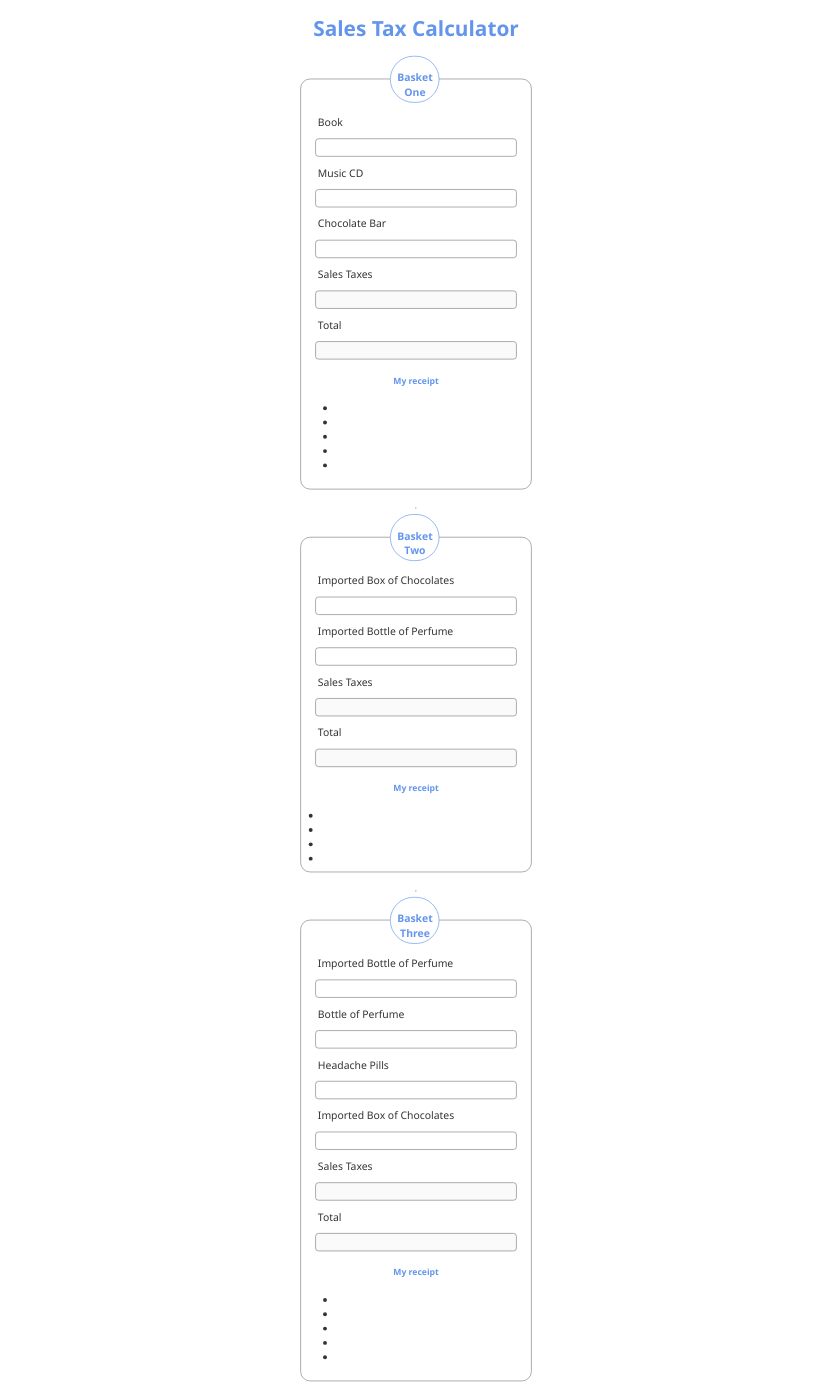
Repository: duzzisantos/sales-tax
Page: index.html
An editor plug-in stored every save of this project. The page is shown before and after the next save, followed by the edit.
The browser window is 1280 px wide. The pictures show the whole page, at 65% of full size.

Above is the page before, as saved 2022-05-25 22:11:08.

### index.html
<!DOCTYPE html>
<html lang="en">

<head>
    <meta charset="UTF-8">
    <meta http-equiv="X-UA-Compatible" content="IE=edge">
    <meta name="viewport" content="width=device-width, initial-scale=1.0">
    <link href="style.css" rel="stylesheet">
    <title>Sales Tax Calculator</title>
</head>

<body>
    <h1>Sales Tax Calculator</h1>
    <section id="container">
        <fieldset>
            <legend>
                <h4>Basket One</h4>
            </legend>
            <form class="formOne">
                <label for="book">Book</label>
                <input id="book" type="number" name="book" onchange="basketOne()" />
                <label for="musicCD">Music CD</label>
                <input id="musicCD" type="number" name="musicCD" onchange="basketOne()" />
                <label for="chocolateBar">Chocolate Bar</label>
                <input id="chocolateBar" type="number" name="chocolateBar" onchange="basketOne()" />
                <label for="sales-taxes">Sales Taxes</label>
                <input id="sales-taxes" type="number" name="sales-taxes" onchange="basketOne()" disabled />
                <label for="total">Total</label>
                <input id="total" type="number" name="total" onchange="basketOne()" disabled />
            </form>
            <h5>My receipt</h5>
            <ul id="listOne">
                <li></li>
                <li></li>
                <li></li>
                <li></li>
                <li></li>
            </ul>
        </fieldset>
        <hr>

        <fieldset>
            <legend>
                <h4>Basket Two</h4>
            </legend>
            <form class="formTwo">
                <label for="imported-box-chocolate">Imported Box of Chocolates</label>
                <input id="imported-box-chocolate" type="number" name="imported-box-chocolate" onchange="basketTwo()" />
                <label for="imported-perfume">Imported Bottle of Perfume</label>
                <input id="imported-perfume" type="number" name="imported-perfume" onchange="basketTwo()" />

                <label for="sales-taxes2">Sales Taxes</label>
                <input id="sales-taxes2" type="number" name="sales-taxes2" onchange="basketTwo()" disabled />
                <label for="total">Total</label>
                <input disabled id="total2" type="number" name="total2" onchange="basketTwo()" />
            </form>

            <h5>My receipt</h5>
            <span id="listTwo">
                <li></li>
                <li></li>
                <li></li>
                <li></li>
            </span>
        </fieldset>
        <hr>

        <fieldset>
            <legend>
                <h4>Basket Three</h4>
            </legend>
            <form class="formThree">
                <label for="imported-perfume2">Imported Bottle of Perfume</label>
                <input id="imported-perfume2" type="number" name="imported-perfume2" onchange="basketThree()" />
                <label for="bottle-perfume">Bottle of Perfume</label>
                <input id="bottle-perfume" type="number" name="bottle-perfume" onchange="basketThree()" />
                <label for="pills">Headache Pills</label>
                <input id="pills" type="number" name="pills" onchange="basketThree()" />
                <label for="imported-box-chocolate2">Imported Box of Chocolates</label>
                <input id="imported-box-chocolate2" type="number" name="imported-box-chocolate2"
                    onchange="basketThree()" />
                <label for=" sales-taxes3">Sales Taxes</label>
                <input id="sales-taxes3" type="number" name="sales-taxes3" onchange="basketThree()" disabled />
                <label for="total3">Total</label>
                <input disabled id="total3" type="number" name="total3" onchange="basketThree()" />
            </form>

            <h5>My receipt</h5>
            <ul id="listThree">
                <li></li>
                <li></li>
                <li></li>
                <li></li>
                <li></li>
            </ul>
        </fieldset>
    </section>
</body>
<script src="first.js"></script>
<script src="second.js"></script>
<script src="third.js"></script>
<script src="index.js"></script>

</html>

### style.css
*{
    color: rgb(0,0,0,0.8);
    font-family: 'Segoe UI', Tahoma, Geneva, Verdana, sans-serif;
}

#container{
    display: flex;
    flex-direction: column;
    align-items: center;
    justify-content: center;
    bottom: 0;
}

fieldset{
    height: fit-content;
    width: 20%;
    border: 1px solid grey;
    border-radius: 15px;
    margin-bottom: 20px;
}

legend{
    height: 70px;
    width: 70px;
    border: 1px solid cornflowerblue;
    border-radius: 50px;
    margin-left: 38%;
}

legend h4, h5, h1{
    text-align: center;
    color: cornflowerblue;
}
label, input{
    display: block;
    margin: 10px;
    padding: 4px;
}

input{
    width: 300px;
    border-radius: 5px;
    border: 1px solid grey;
}

### first.js
//Variables for tax rate
let taxFree = 0;
let basicTax = 10;
let importDuty = 5;

//imported basic taxable items attract an extra non-negotiable tax rate of 5%, therefore 10% + 5% = 15%
let basicPlusImportDuty = basicTax + importDuty;

//An app that computes the first basket of goods
const basketOne = () => {
  let book = document.getElementById("book").value;
  let musicCD = document.getElementById("musicCD").value;
  let chocolateBar = document.getElementById("chocolateBar").value;

  // The plus sign is used in front of every variable to indicate to JavaScript that they are numerical values
  // Without this, they would become concatenated strings

  //these are the sums of the items and their taxes
  let bookPlusTax = +taxFree * +book + +book;
  let musicCDPlusTax = (basicTax * +musicCD) / 100 + +musicCD;
  let chocolateBarPlusTax = +taxFree * +chocolateBar + +chocolateBar;

  //this computes the total price paid by the customer
  let netPayment = +bookPlusTax + +musicCDPlusTax + +chocolateBarPlusTax;
  document.getElementById("total").value = netPayment.toFixed(2);

  //this computes the total sales tax generated
  let totalTaxes =
    bookPlusTax -
    book +
    (musicCDPlusTax - musicCD) +
    (chocolateBarPlusTax - chocolateBar);

  //Math.ceil and toFixed method helps us round up to the nearest 0.05
  document.getElementById("sales-taxes").value = (
    Math.ceil(totalTaxes * 20) / 20
  ).toFixed(2);

  //Receipt list
  const listOne = document.getElementById("listOne");
  listOne.appendChild(book, musicCD, chocolateBar, totalTaxes, netPayment);
};

### second.js
//Variables for tax rate
let basicTax2 = 10;
let importDuty2 = 5;

//imported basic taxable items attract an extra non-negotiable tax rate of 5%, therefore 10% + 5% = 15%
let basicPlusImportDuty2 = basicTax2 + importDuty2;

//An app that computes the second basket of goods
const basketTwo = () => {
  let importedChocolate = document.getElementById(
    "imported-box-chocolate"
  ).value;
  let importedPerfume2 = document.getElementById("imported-perfume").value;

  // The plus sign is used in front of every variable to indicate to JavaScript that they are numerical values
  // Without this, they would become concatenated strings

  //these are the sums of the imported items and their taxes
  let importedChocolatePlusTax =
    (importDuty2 * +importedChocolate) / 100 + +importedChocolate;
  let importedPerfume2PlusTax =
    (basicPlusImportDuty2 * +importedPerfume2) / 100 + +importedPerfume2;

  //Math.ceil and toFixed method helps us round up to the nearest 0.05
  //this computes the total price paid by the customer
  let netPayment = +importedChocolatePlusTax + +importedPerfume2PlusTax;
  document.getElementById("total2").value = (
    Math.ceil(netPayment * 20) / 20
  ).toFixed(2);

  //this computes the total sales tax generated
  let totalTaxes =
    (importDuty2 * +importedChocolate) / 100 +
    (basicPlusImportDuty2 * +importedPerfume2) / 100;
  document.getElementById("sales-taxes2").value = (
    Math.ceil(totalTaxes * 20) / 20
  ).toFixed(2);
};

### third.js
//Variables for tax rate
let taxFree3 = 0;
let basicTax3 = 10;
let importDuty3 = 5;
let basicPlusImportDuty3 = basicTax3 + importDuty3;


//App that computes the third basket of goods
const basketThree = () => {
    let importedPerfume2 = document.getElementById("imported-perfume2").value;
    let bottlePerfume = document.getElementById("bottle-perfume").value;
    let pills = document.getElementById("pills").value;
    let importedChocolate2 = document.getElementById("imported-box-chocolate2").value;


    //    // The plus sign is used in front of every variable to indicate to JavaScript that they are numerical values
     // Without this, they would become concatenated strings

    //these are the sums of the imported items and their taxes
    let importedPerfume2PlusTax = (basicPlusImportDuty3 * +importedPerfume2) / 100 + +importedPerfume2;
    let bottlePerfumePlusTax =
      (basicTax3 * +bottlePerfume) / 100 + +bottlePerfume;
    let pillsPlusTax = (taxFree3 * +pills) + +pills;
    let importedChocolate2PlusTax =
      (importDuty3 * +importedChocolate2) / 100 + +importedChocolate2;

    //Math.ceil and toFixed method helps us round up to the nearest 0.05
    //This computes the prices plus their taxes
    let netPayment =
      importedPerfume2PlusTax +
      bottlePerfumePlusTax +
      pillsPlusTax +
      importedChocolate2PlusTax;
    document.getElementById("total3").value = (Math.ceil(netPayment * 20) / 20).toFixed(2);

    //this computes the total taxes generated from selling basket three
    let totalTaxes =
      importedPerfume2PlusTax -
      importedPerfume2 +
      (bottlePerfumePlusTax - bottlePerfume) +
      (pillsPlusTax - pills) +
      (importedChocolate2PlusTax - importedChocolate2);

    document.getElementById("sales-taxes3").value = (
        Math.ceil(totalTaxes * 20) / 20
      ).toFixed(2);
  };

### index.js
//This is responsible for the DOM Manipulation
//This helps the user to display a simple receipt

After the next save:
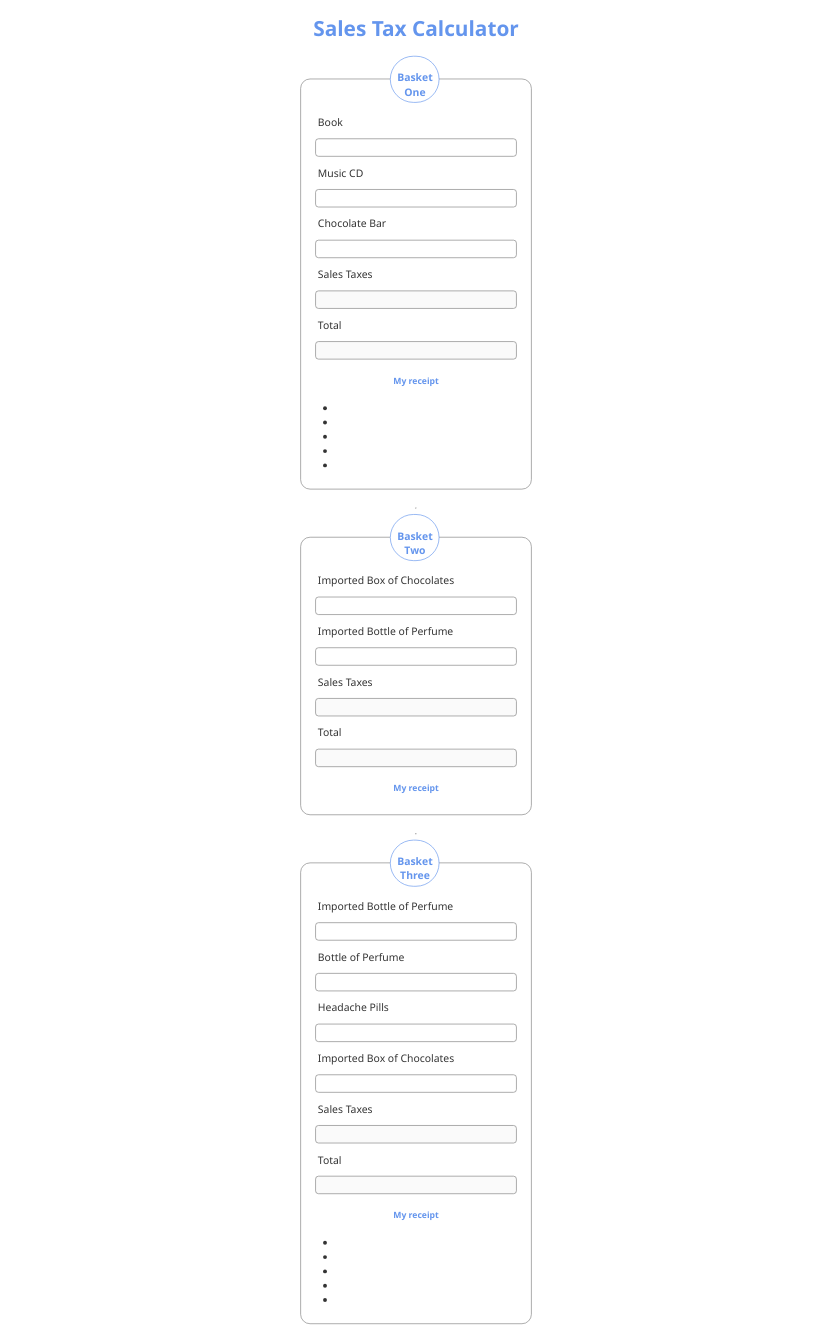
Saved 9 s later.
--- a/index.html
+++ b/index.html
@@ -57,10 +57,7 @@
 
             <h5>My receipt</h5>
             <span id="listTwo">
-                <li></li>
-                <li></li>
-                <li></li>
-                <li></li>
+
             </span>
         </fieldset>
         <hr>
